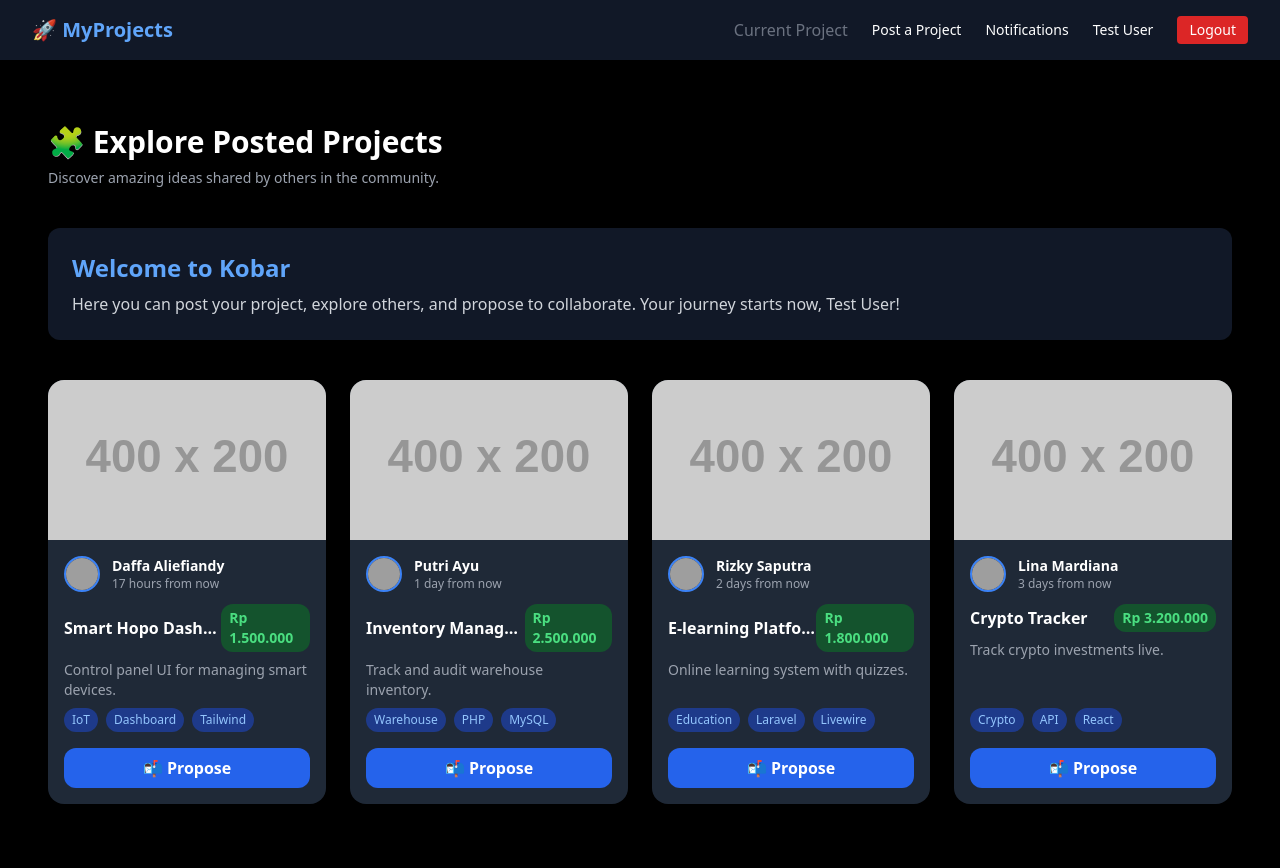
Repository: daffa-alif/kobar
Page: http://localhost/dashboard
These files come from the project's save history. The page is drawn as it stood at one moment and after the next save; the edit follows.
The browser window is 1280 px wide. The pictures show the whole page.
Pictures or frames that could not be fetched are drawn as grey boxes. Some web libraries are served in a nearby version. The page is served by the project's Laravel application, run on PHP 8.4 with Laravel 12. A made-up administrator, Test User (test@example.com), is signed in.

Above is the page before, as saved 2025-04-05 00:55:40.

After the next save:
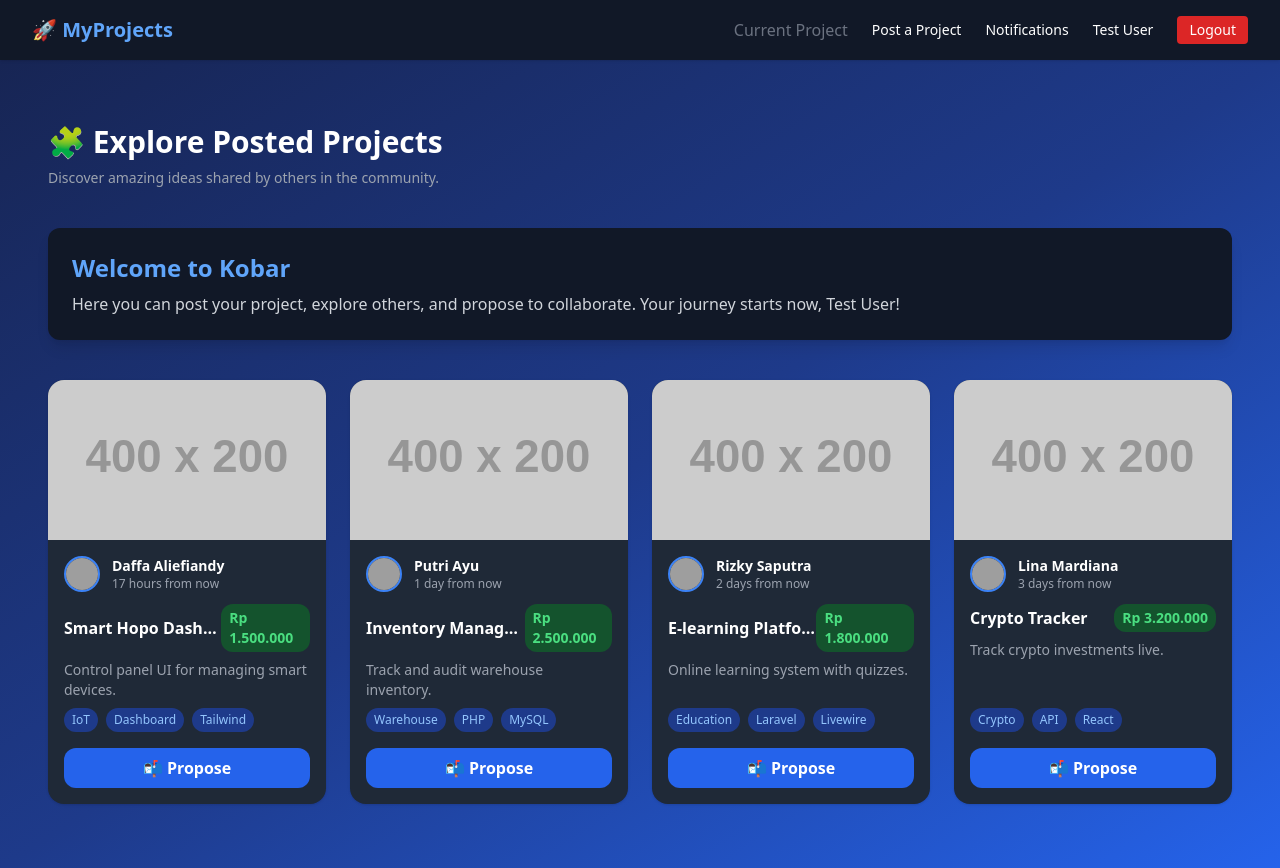
Saved 46 s later.
--- a/resources/views/layouts/app.blade.php
+++ b/resources/views/layouts/app.blade.php
@@ -63,7 +63,7 @@
     </header>
 
     <!-- Main Content -->
-    <main class="min-h-screen py-6 px-4 sm:px-6 lg:px-8">
+    <main class="min-h-screen py-6 px-4 sm:px-6 lg:px-8 bg-gradient-to-br from-blue-950 via-blue-900 to-blue-600">
         @yield('content')
     </main>
 
